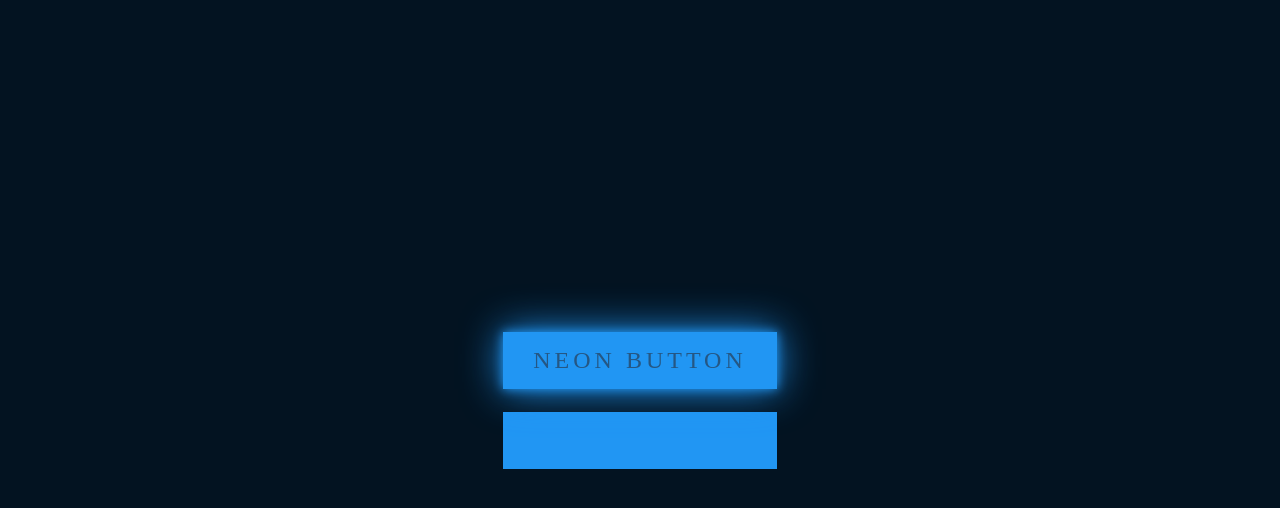
Repository: kiranjeetkaur01/csseffectneonbutton.github.io
Page: index.html
These files come from the project's save history. The page is drawn as it stood at one moment and after the next save; the edit follows.
The browser window is 1280 px wide. The pictures show the whole page.
The pointer rests on the first visible `a`.

Above is the page before, as saved 2023-09-09 21:38:43.

### index.html
<!DOCTYPE html>
<html lang="en">
<head>
    <meta charset="UTF-8">
    <meta name="viewport" content="width=device-width, initial-scale=1.0">
    <title>Neon Button</title>
    <link rel="stylesheet" href="style.css">
</head>
<body>
    <a href="#">
        <span></span>
        <span></span>
        <span></span>
        <span></span>
        Neon Button
    </a>
</body>
</html>

### style.css
*{
    margin: 0;
    padding: 0;
    box-sizing: border-box;
}
body,html{
    display: flex;
    justify-content: center;
    align-items: center;
    min-height: 100vh;
    background: #031321;
    font-family: gilroy ;

}
a{
    position: relative;
    display: inline-block;
    padding: 15px 30px;
    color: #2196f3;
    text-transform: uppercase;
    letter-spacing: 4px;
    text-decoration: none;
    font-size: 24px;
    overflow: hidden;
    transition: 0.2s;
}
a:hover{
    color:#255784;
    background: #2196f3;
    box-shadow: 0 0 10px #2196f3,0 0 40px #2196f3, 0 80px #2196f3;
}

After the next save:
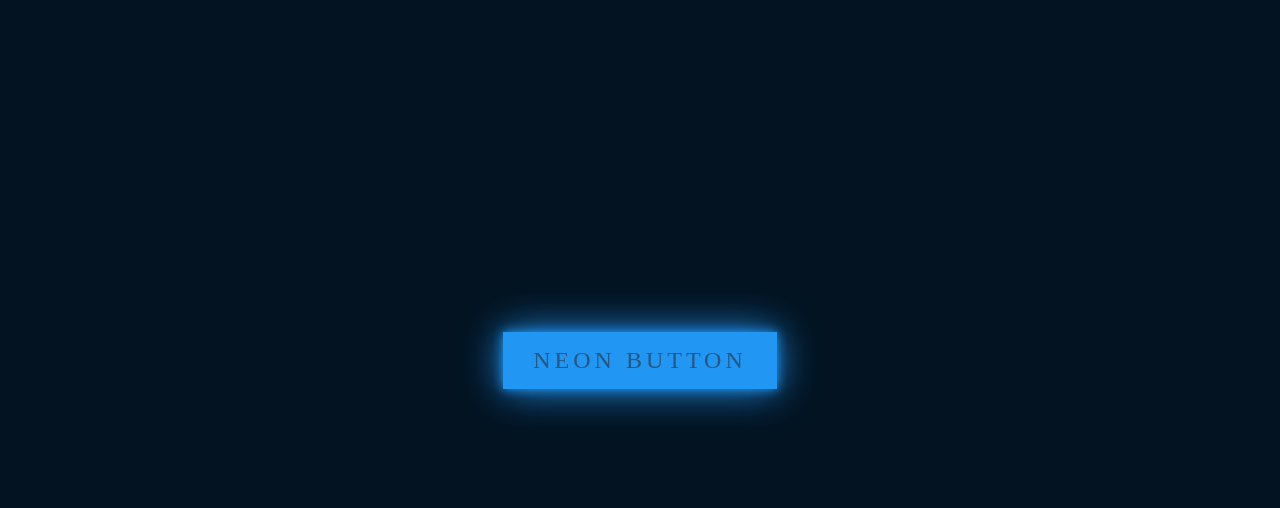
Saved 5 s later.
--- a/style.css
+++ b/style.css
@@ -27,5 +27,5 @@ a{
 a:hover{
     color:#255784;
     background: #2196f3;
-    box-shadow: 0 0 10px #2196f3,0 0 40px #2196f3, 0 80px #2196f3;
+    box-shadow: 0 0 10px #2196f3,0 0 40px #2196f3, 0 0px #2196f3;
 }
